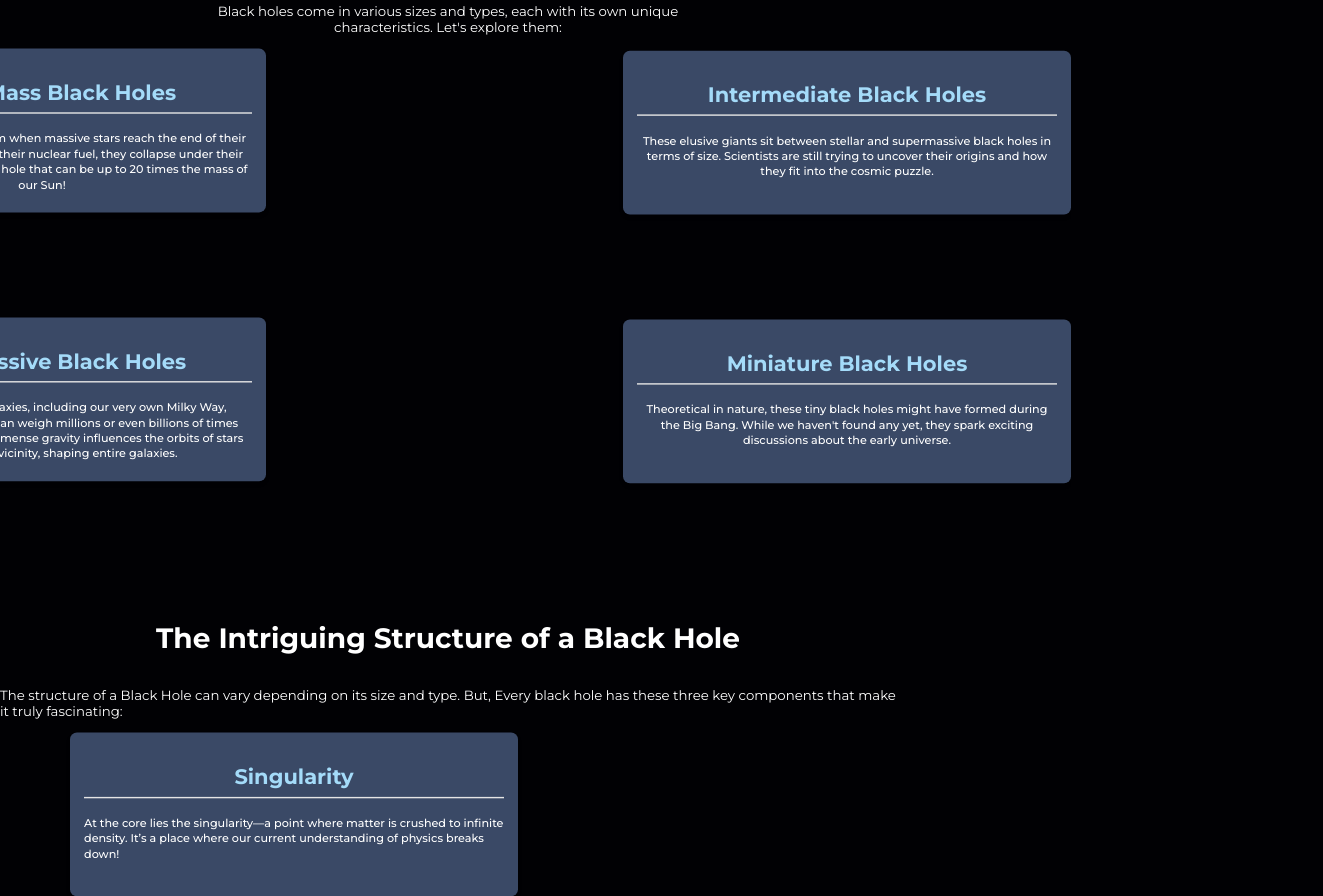
Repository: english-only/Space-Website
Page: black_hole.html
An editor plug-in stored every save of this project. The page is shown before and after the next save, followed by the edit.
The browser window is 1280 px wide. The page is 1530 px wide, then 1890 px, then 1530 px, so the pictures cover 1890 px, including what lies to the right of the window. The pictures show the part of the page from y = 1099 to 2379 px (the page is 2379 px tall), at 70% of full size.
Backgrounds fixed to the window are drawn as part of the page.

Above is the page before, as saved 2025-04-14 13:30:38.

### black_hole.html
<!DOCTYPE html>
<html lang="en">
  <head>
    <meta charset="utf-8" />
    <meta http-equiv="X-UA-Compatible" content="IE=edge" />
    <title>Welcome to Space</title>
    <meta name="viewport" content="width=device-width, initial-scale=1" />
    <link rel="stylesheet" type="text/css" media="screen" href="main.css" />
  </head>
  <body>
    <div class="background-2 fade-in"></div>
    <div class="wrapper fade-in">
      <nav class="navbar fade-in">
        <a href="index.html"
          ><button class="nav-button fade-in">Home</button></a
        >
        <a href="black_hole.html"
          ><button class="nav-button fade-in">Black Holes</button></a
        >
        <a href="supernovas.html"
          ><button class="nav-button fade-in">Supernovas</button></a
        >
        <a href="nebulas.html"
          ><button class="nav-button fade-in">Nebulas</button></a
        >
      </nav>
      <div class="page-2-hero fade-in">
        <h2>Black Holes:<br />Light Bends, Time Slows</h2>
      </div>
    </div>
    <div class="container">
      <div class="stupid-text">
        <h1>Types of Black Holes: The Cosmic Giants</h1>
        <p>
          Black holes come in various sizes and types, each with its own unique
          characteristics. Let's explore them:
        </p>
      </div>

      <div class="black-hole-container">
        <div class="black-hole-type">
          <h2 class="">Stellar-Mass Black Holes</h2>
          <div class="content">
            <p>
              These incredible objects form when massive stars reach the end of
              their life cycles. After exhausting their nuclear fuel, they
              collapse under their own gravity, creating a black hole that can
              be up to 20 times the mass of our Sun!
            </p>
          </div>
        </div>
        <div class="black-hole-type">
          <h2>Supermassive Black Holes</h2>
          <div class="content">
            <p>
              Found at the heart of galaxies, including our very own Milky Way,
              supermassive black holes can weigh millions or even billions of
              times more than the Sun. Their immense gravity influences the
              orbits of stars and gas in their vicinity, shaping entire
              galaxies.
            </p>
          </div>
        </div>
        <div class="black-hole-type u-idiot intermediate">
          <h2>Intermediate Black Holes</h2>
          <div class="content">
            <p>
              These elusive giants sit between stellar and supermassive black
              holes in terms of size. Scientists are still trying to uncover
              their origins and how they fit into the cosmic puzzle.
            </p>
          </div>
        </div>
        <div class="black-hole-type u-idiot miniature">
          <h2>Miniature Black Holes</h2>
          <div class="content">
            <p>
              Theoretical in nature, these tiny black holes might have formed
              during the Big Bang. While we haven't found any yet, they spark
              exciting discussions about the early universe.
            </p>
          </div>
        </div>
      </div>
    </div>
    <div class="stupid-text">
      <h1>The Intriguing Structure of a Black Hole</h1>
    </div>
    <div class="container-2">
      <div class="idk stupid-text">
        <p>
          The structure of a Black Hole can vary depending on its size and type.
          But, Every black hole has these three key components that make it
          truly fascinating:
        </p>
      </div>
      <div class="black-hole-type">
        <h2 class="text-ig">Singularity</h2>
        <div class="content">
          <p>
            At the core lies the singularity—a point where matter is crushed to
            infinite density. It’s a place where our current understanding of
            physics breaks down!
          </p>
        </div>
      </div>
    </div>
    <script>
      const background = document.querySelector('.background-2');
      let angle = 0;
      const radiusX = 800; // Horizontal radius
      const radiusY = 160; // Vertical radius
      let isAtTop = true;

      function moveBackground() {
        if (isAtTop) {
          // Calculate new position based on angle
          const x = Math.cos(angle) * radiusX; // X position based on cosine
          const y = Math.sin(angle) * radiusY; // Y position based on sine

          // Apply the new position (starting from right side)
          background.style.backgroundPosition = `calc(100% + ${x}px) ${
            50 + y
          }px`; // Center vertically

          // Increment angle for next frame
          angle += 0.0035; // Adjust this value to change speed
        }

        requestAnimationFrame(moveBackground);
      }

      // Start the animation
      moveBackground();
    </script>
  </body>
</html>

### main.css
@import url('https://fonts.googleapis.com/css2?family=Montserrat:ital,wght@0,100..900;1,100..900&display=swap');
@keyframes fadeIn {
  from {
    opacity: 0;
  }
  to {
    opacity: 1;
  }
}

@import url('https://fonts.googleapis.com/css2?family=Quicksand:wght@300..700&display=swap');

/* Fade-in class to be used on elements */
.fade-in {
  opacity: 0; /* Start invisible */
  animation: fadeIn 1s ease-in forwards; /* Apply fade-in animation */
}
body,
html {
  /* Ensure the body and html take full height */
  height: 100%;
  margin: 0;
  font-family: 'Montserrat';
  font-weight: 400;
  color: white;
}

body {
  /* Set a fallback background color */
  background-color: #010104;
}

.background {
  background-attachment: fixed;
  background-image: url('essay-gettyimages-1237093074.webp');
  background-size: cover;
  background-position: center;
  background-repeat: no-repeat;
  position: fixed; /* Keep background fixed while scrolling */
  height: 100vh;
  width: 100%;
  filter: brightness(25%);
  top: 0;
  left: 0;
  z-index: -10;
}

.wrapper {
  display: flex;
  flex-direction: column;
  justify-content: flex-start; /* Align items to the top */
  align-items: center; /* Center items horizontally */
  height: 600px;
  position: relative;
  padding-top: 20px;
  opacity: 0; /* Start invisible */
  animation: fadeIn 0.5s ease-in forwards; /* Apply fade-in animation */
}

.navbar {
  display: flex;
  gap: 50px;
  margin-top: 5px; /* Adjust as needed for spacing from the top */
}

.nav-button {
  padding: 12px 20px;
  border: 2px solid white;
  background-color: rgba(0, 0, 0, 0.5);
  color: white;
  font-size: 16px;
  cursor: pointer;
  transition: background-color 0.3s, color 0.3s;
  font-family: 'Red Hat Display';
  font-weight: 600;
  font-size: 20px;
  width: 180px;
  border-radius: 800px;
  font-family: Montserrat;
}

.nav-button:hover {
  background-color: white;
  color: black;
}

.hero-text {
  color: white;
  font-size: 50px;
  font-weight: 700;
  text-align: center;
  padding: 0; /* Remove padding to minimize hover area */
  display: inline-block; /* Restrict hover area to text content */
  transition: text-shadow 0.3s ease-in-out, transform 0.3s ease-in-out; /* Smooth transition */
}

.hero-text:hover {
  text-shadow: 3px 4px 3px rgba(255, 255, 255, 0.7); /* White shadow */
  transform: translateY(-10px); /* Raised effect */
}

@keyframes fadeInOut {
  0% {
    opacity: 0.5;
  }
  50% {
    opacity: 1;
  }
  100% {
    opacity: 0.5;
  }
}

.card-wrapper {
  display: flex;
  flex-direction: column; /* Stack cards vertically */
  align-items: center; /* Center cards horizontally */
  margin-top: 50px; /* Adjusts space from the top */
}

.row {
  display: flex;
  gap: 650px; /* Space between the cards */
  justify-content: center; /* Center the row */
  align-items: flex-start; /* Align cards to the top */
}

.black_hole {
  margin-left: -100px; /* Move the Black Holes card to the left */
  width: 500px;
}

.black_hole a {
  margin-right: -450px;
}

.black_hole p {
  margin-left: 80px;
}

.cards {
  font-size: 25px;
  color: white;
  box-sizing: border-box;
  position: relative;
  top: -150px; /* Moves the element upwards */
  text-align: center;
}

.cards a {
  color: white;
  text-decoration: none;
  border: white 2px solid;
  display: inline-block;
  text-align: center;
  box-sizing: border-box;
  padding: 6px 20px;
  line-height: normal;
  transition: text-shadow 0.3s ease-in-out, transform 0.3s ease-in-out,
    background-color 0.3s ease-in-out, color 0.3s ease-in-out;
  border-radius: 600px;
}

.cards a:hover {
  text-shadow: 2px 2px 5px rgba(255, 255, 255, 0.7);
  transform: translateY(-5px);
  background-color: rgb(223, 223, 223);
  color: black;
}

.cards a h3 {
  margin: 0;
  padding: 0;
}

.cards p {
  margin-top: 15px;
  width: 800px; /* Adjust width to fit within card */
}

.cards p:hover {
  text-shadow: 2px 2px 5px rgba(255, 255, 255, 0.6);
  transform: translateY(-5px);
  transition: text-shadow 0.3s ease-in-out, transform 0.3s ease-in-out;
}

.nebula-card {
  margin-top: 100px;
}

.nebula-card a {
  justify-content: center;
  align-items: center;
  margin-left: 40px;
}

.nebula-card p {
  text-align: left;
  text-wrap: pretty;
  text-align: left; /* Align text to the left */
  width: 100%; /* Ensure the card takes the full width */
  margin-left: 100px;
  margin-right: 200px;
  max-width: 1750px;
  text-align: center; /* Align text to the center */
}

.videos {
  margin-top: 50px; /* Adjust the space below the Nebula card */
  text-align: center;
  width: 100%; /* Ensure it takes the full width */
  text-decoration: underline;
}

.videos h2 {
  position: relative; /* Ensure the text is positioned in normal flow */
  z-index: 1; /* Make sure it's above other content */
  pointer-events: auto; /* Allow text selection */
  overflow: visible; /* Ensure text is not clipped */
}

.video-links {
  display: grid;
  grid-template-columns: repeat(3, 400px); /* 3 columns, each 400px wide */
  grid-template-rows: repeat(2, 400px); /* 3 rows, each 400px tall */
  gap: 100px; /* Space between grid items */
  justify-content: center; /* Center the grid horizontally within the container */
  align-items: center; /* Center the grid items vertically */
  margin-top: -120px; /* Space above the grid (adjust this to decrease the gap) */
  margin-left: 160px;
  font-weight: 600;
}

.button-container {
  display: contents; /* Ensure buttons are placed directly in the grid */
}

.button-container a {
  display: block; /* Ensure buttons occupy full width of their grid cell */
  width: 215px; /* Full width of the grid cell */
  text-align: center;
  color: white;
  font-size: 20px;
  text-decoration: none; /* Remove underline */
  border: 2px solid white;
  padding: 8px 12px;
  border-radius: 600px;
  height: 30px;
  transition: background-color 0.3s, color 0.3s;
  margin-bottom: 10px; /* Decrease the space between the buttons and the text below */
  padding-top: 13px;
}

.button-container a:hover {
  background-color: white;
  color: black;
  font-weight: 700;
}

.images {
  display: contents; /* Ensure images are placed directly in the grid */
}

.black-hole-image,
.supernova-image,
.nebula-image {
  width: 100%; /* Full width of the grid cell */
  border: 2px solid white;
  border-radius: 20px;
  margin-top: -630px; /* Decrease the space between the images and the buttons above */
  margin-left: -10px;
}
.black-hole-image {
  transition: transform 0.3s ease-in-out;
}

.black-hole-image:hover {
  transform: scale(1.09);
}

.supernova-image {
  transition: transform 0.3s ease-in-out, opacity 1s ease-in;
}

.supernova-image:hover {
  transform: scale(1.09);
  animation: fadeIn 1s ease-in forwards;
}

.nebula-image {
  transition: transform 0.3s ease-in-out;
}

.nebula-image:hover {
  transform: scale(1.09);
}

.black-hole-image {
  width: 100%; /* Full width of the grid cell */
  border: 2px solid white;
  border-radius: 20px;
  margin-top: -630px; /* Decrease the space between the images and the buttons above */
  margin-left: -95px;
}

.supernova-image {
  width: 100%; /* Full width of the grid cell */
  border: 2px solid white;
  border-radius: 20px;
  margin-top: -630px; /* Decrease the space between the images and the buttons above */
  margin-left: -95px;
}

.nebula-image {
  height: 270px;
  width: auto;
  border: 2px solid white;
  border-radius: 20px;
  margin-top: -630px; /* Decrease the space between the images and the buttons above */
  margin-left: -125px;
}

/* page 2 from below */
.background-2 {
  background-attachment: fixed;
  background-image: url('thumb-1920-1346075.png');
  background-size: cover;
  background-position: 300px;
  background-repeat: no-repeat;
  position: fixed; /* Keep background fixed while scrolling */
  height: 100vh;
  width: 100%;
  z-index: -1; /* Place the background behind other content */
  filter: blur(5px) brightness(45%);
}

.page-2-hero {
  color: white;
  font-size: 50px;
  font-weight: 700;
  text-align: center;
  padding: 0; /* Remove padding to minimize hover area */
  display: inline-block; /* Restrict hover area to text content */
  transition: text-shadow 0.3s ease-in-out, transform 0.3s ease-in-out; /* Smooth transition */
}

.page-2-hero h2 {
  padding-top: 30px;
}

.page-2-hero:hover {
  text-shadow: 3px 4px 3px rgba(255, 255, 255, 0.7); /* White shadow */
  transform: translateY(-10px); /* Raised effect */
}

.container {
  max-width: 800px;
  margin: 0 auto;
  padding: 20px 0 20px 0;
  padding-bottom: 20px;
  text-align: center;
  margin-top: 360px;
}

.stupid-text {
  color: white;
}

.stupid-text p {
  font-size: 19px;
}

.stupid-text h1 {
  font-size: 40px;
  text-wrap: nowrap;
  text-decoration: ;
}

.stupid-text:hover {
  cursor: auto;
}

h1 {
  text-align: center;
  color: #ffffff;
}

.black-hole-type {
  background-color: #89aae96d;
  border-radius: 10px;
  padding: 20px;
  margin-bottom: 30px;
  box-shadow: 0 4px 6px rgba(0, 0, 0, 0.1);
  transition: transform 0.3s ease;
  max-width: 600px;
  margin-bottom: 150px;
  height: 194px;
  margin-left: 100px;
}

.black-hole-type:hover {
  transform: scale(1.02);
}

.content {
  align-items: baseline;
  gap: 20px;
  font-weight: 500;
  line-height: 22px;
  font-size: 16px;
}

.black-hole-type h2 {
  color: #a4dbf9;
  border-bottom: 2px solid #e5e5e5;
  padding-bottom: 10px;
  font-size: 30px;
}

.u-idiot {
  margin-left: 1250px;
  min-width: 600px;
}

.intermediate {
  margin-top: -765px;
  padding: 20px;
}

.black-hole-container {
  margin-left: -600px;
}

.black-hole-type {
  animation: fadeIn 1s ease-in;
}

.idk {
  display: flex;
  justify-content: center;
  align-items: center;
  width: 100%;
}
.text-ig {
  justify-content: center;
  align-items: center;
  width: 100%;
  display: flex;
  padding: 0;
}

@keyframes fadeIn {
  from {
    opacity: 0;
  }
  to {
    opacity: 1;
  }
}

@media (max-width: 600px) {
  .content {
    flex-direction: column;
  }
}

@keyframes fadeIn {
  from {
    opacity: 0;
  }
  to {
    opacity: 1;
  }
}

After the next save:
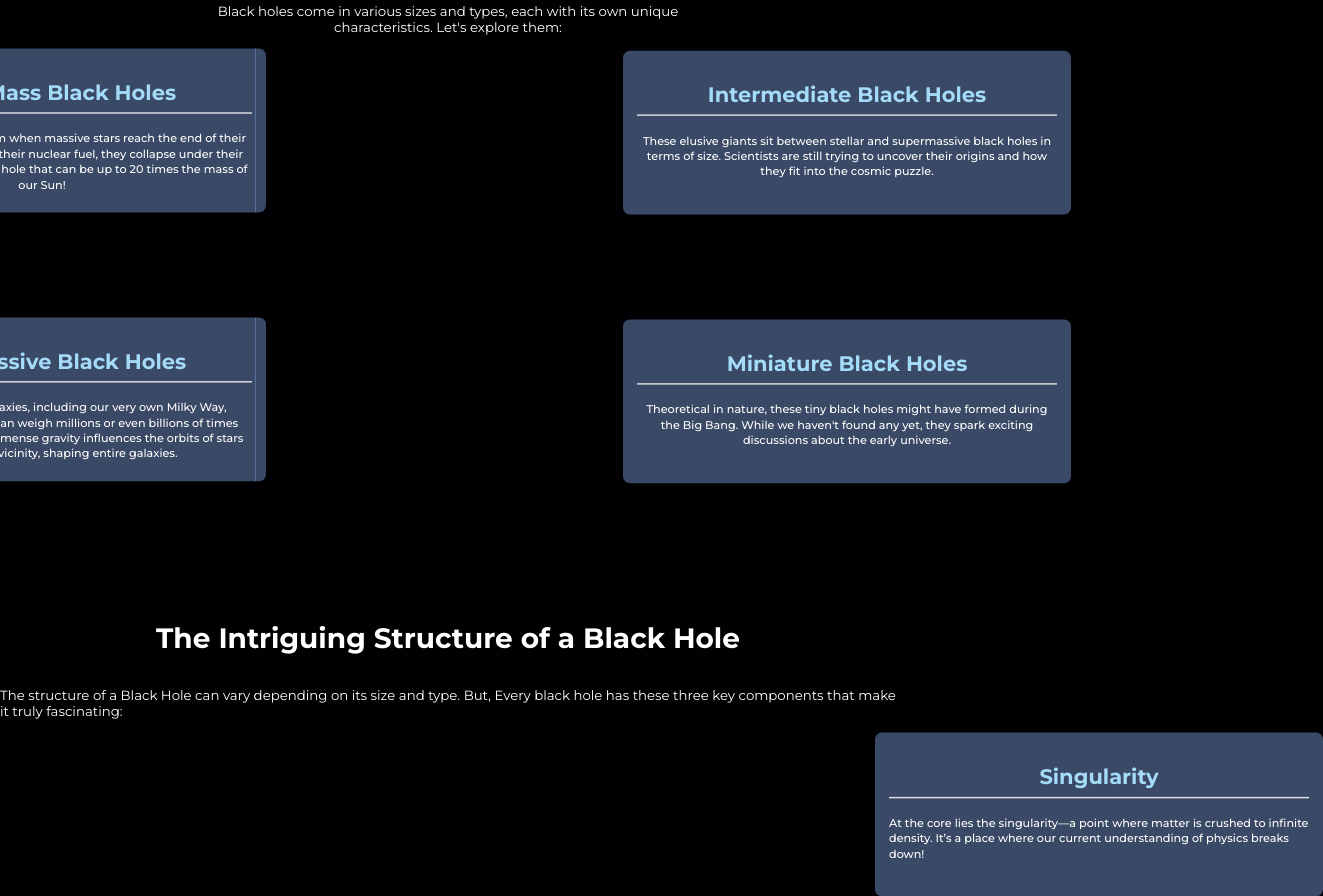
Saved 34 s later.
--- a/black_hole.html
+++ b/black_hole.html
@@ -94,7 +94,7 @@
           truly fascinating:
         </p>
       </div>
-      <div class="black-hole-type">
+      <div class="black-hole-type u-idiot">
         <h2 class="text-ig">Singularity</h2>
         <div class="content">
           <p>

After the save that followed:
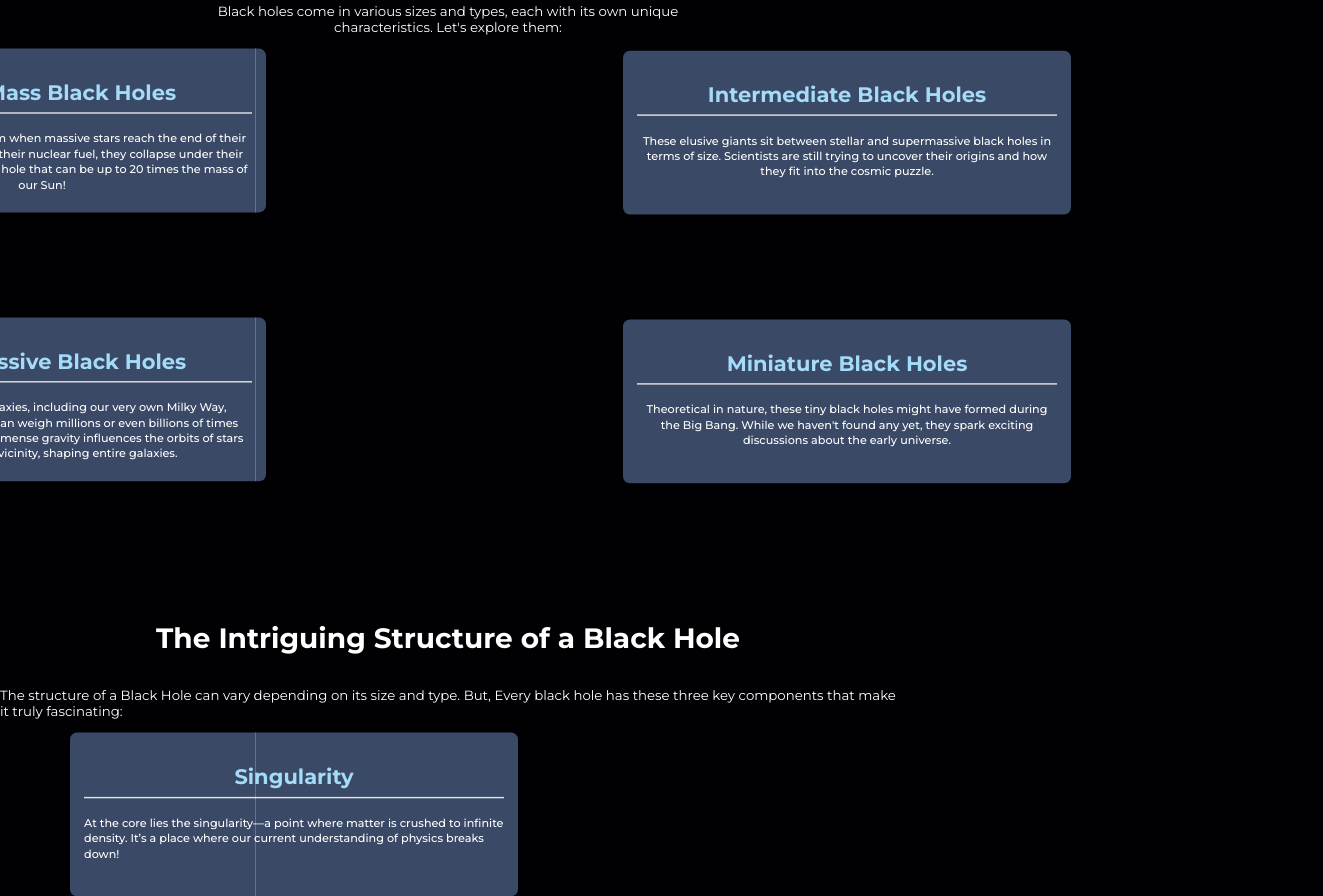
Saved 7 s later.
--- a/black_hole.html
+++ b/black_hole.html
@@ -94,7 +94,7 @@
           truly fascinating:
         </p>
       </div>
-      <div class="black-hole-type u-idiot">
+      <div class="black-hole-type">
         <h2 class="text-ig">Singularity</h2>
         <div class="content">
           <p>
